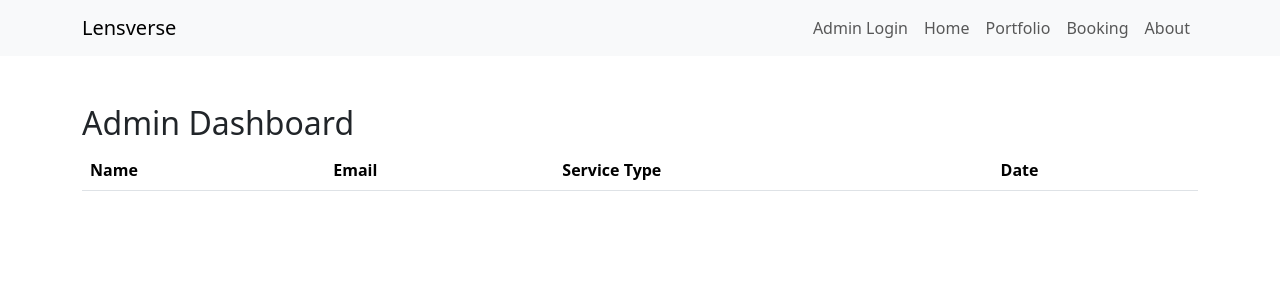
Repository: adithyakiran47/lensverseproject
Page: /admin-dashboard (app in lensverse-client/)
These files come from the project's save history. The page is drawn as it stood at one moment and after the next save; the edit follows.
The browser window is 1280 px wide. The pictures show the whole page.
The page's requests for data from a server got no answer. The project was rebuilt for these pictures with package versions that can differ from the ones it lists, and the page was loaded fresh each time. No one was signed in, and anything a server would have sent is missing. Also part of the build but not shown: lensverse-client/src/pages/Home.js, lensverse-client/src/pages/Portfolio.js, lensverse-client/src/pages/Booking.js, lensverse-client/src/pages/About.js, lensverse-client/src/pages/AdminLogin.js. Imported but missing from the stored project, and not drawn on this page: lensverse-client/src/reportWebVitals.

Above is the page before, as saved 2025-11-03 23:03:00.

### lensverse-client/src/App.js
import React from 'react';
import { BrowserRouter as Router, Routes, Route } from 'react-router-dom';


// Import your page components (create these next)
import Home from './pages/Home';
import Portfolio from './pages/Portfolio';
import Booking from './pages/Booking';
import About from './pages/About';
import AdminLogin from './pages/AdminLogin';
import AdminDashboard from './pages/AdminDashboard';

function App() {
  return (
    <Router>
      <Routes>
        <Route path="/" element={<Home />} />
        <Route path="/portfolio" element={<Portfolio />} />
        <Route path="/booking" element={<Booking />} />
        <Route path="/about" element={<About />} />
        <Route path="/admin-login" element={<AdminLogin />} />
        <Route path="/admin-dashboard" element={<AdminDashboard />} />
      </Routes>
    </Router>
  );
}

export default App;

### lensverse-client/src/pages/AdminDashboard.js
import React, { useEffect, useState } from 'react';
import axios from 'axios';
import Navbar from '../components/Navbar';

const AdminDashboard = () => {
  const [bookings, setBookings] = useState([]);

  useEffect(() => {
    const fetchBookings = async () => {
      try {
        const token = localStorage.getItem('adminToken');
        const res = await axios.get('http://localhost:5000/api/bookings', {
          headers: { Authorization: `Bearer ${token}` },
        });
        setBookings(res.data);
      } catch (err) {
        alert('Failed to fetch bookings. Please login again.');
        // Optional: Redirect to login page
        window.location.href = '/admin-login';
      }
    };
    fetchBookings();
  }, []);

  return (
    <>
      <Navbar />
      <div className="container mt-5">
        <h2>Admin Dashboard</h2>
        <table className="table">
          <thead>
            <tr>
              <th>Name</th>
              <th>Email</th>
              <th>Service Type</th>
              <th>Date</th>
            </tr>
          </thead>
          <tbody>
            {bookings.map((booking) => (
              <tr key={booking._id}>
                <td>{booking.name}</td>
                <td>{booking.email}</td>
                <td>{booking.serviceType}</td>
                <td>{booking.date}</td>
              </tr>
            ))}
          </tbody>
        </table>
      </div>
    </>
  );
};

export default AdminDashboard;

### lensverse-client/src/components/Navbar.js
import React from 'react';
import { Link } from 'react-router-dom';

const Navbar = () => {
  return (
    <nav className="navbar navbar-expand-lg navbar-light bg-light">
      <div className="container">
        <Link className="navbar-brand" to="/">Lensverse</Link>
        <button className="navbar-toggler" type="button" data-bs-toggle="collapse" data-bs-target="#navmenu">
          <span className="navbar-toggler-icon"></span>
        </button>

        <div className="collapse navbar-collapse" id="navmenu">
          <ul className="navbar-nav ms-auto">
            <li className="nav-item"><Link className="nav-link" to="/admin-login">Admin Login</Link></li>
            <li className="nav-item"><Link className="nav-link" to="/">Home</Link></li>
            <li className="nav-item"><Link className="nav-link" to="/portfolio">Portfolio</Link></li>
            <li className="nav-item"><Link className="nav-link" to="/booking">Booking</Link></li>
            <li className="nav-item"><Link className="nav-link" to="/about">About</Link></li>
          </ul>
        </div>
      </div>
    </nav>
  );
};

export default Navbar;

Loaded but not shown: lensverse-client/src/index.js (common file); lensverse-client/src/index.css (common file)

After the next save:
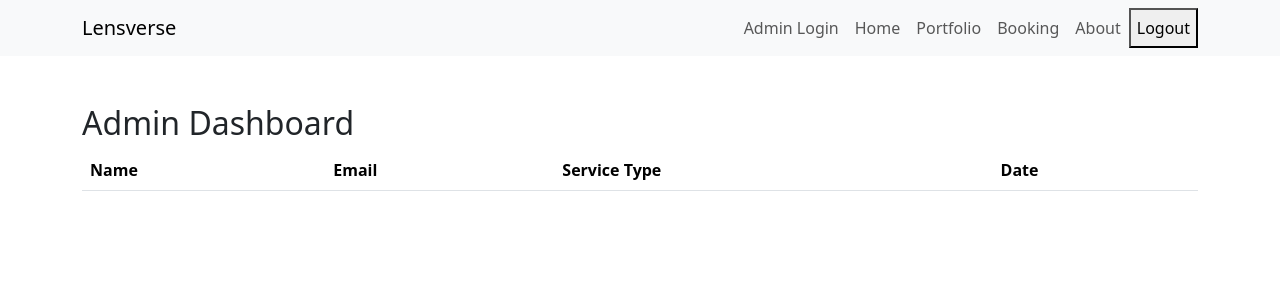
Saved 93 s later.
--- a/lensverse-client/src/components/Navbar.js
+++ b/lensverse-client/src/components/Navbar.js
@@ -2,6 +2,10 @@ import React from 'react';
 import { Link } from 'react-router-dom';
 
 const Navbar = () => {
+  const handleLogout = () => {
+    localStorage.removeItem('adminToken');
+    navigate('/admin-login');
+  };
   return (
     <nav className="navbar navbar-expand-lg navbar-light bg-light">
       <div className="container">
@@ -17,6 +21,7 @@ const Navbar = () => {
             <li className="nav-item"><Link className="nav-link" to="/portfolio">Portfolio</Link></li>
             <li className="nav-item"><Link className="nav-link" to="/booking">Booking</Link></li>
             <li className="nav-item"><Link className="nav-link" to="/about">About</Link></li>
+            <button onClick={handleLogout}>Logout</button>
           </ul>
         </div>
       </div>
